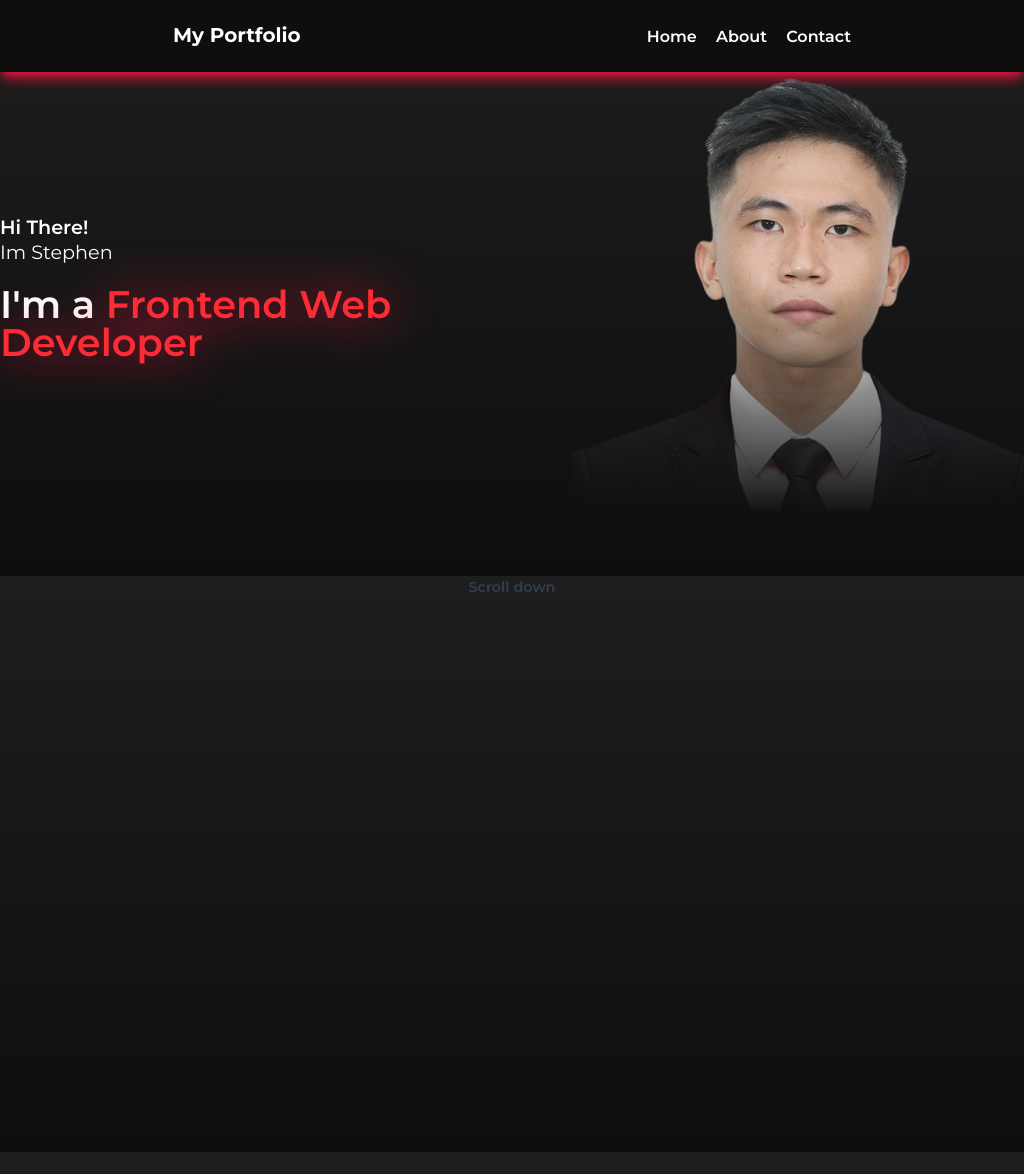
Repository: KaguyaKawaii/portfolio
Page: / (app in frontend/)
These files come from the project's save history. The page is drawn as it stood at one moment and after the next save; the edit follows.
The browser window is 1280 px wide. The pictures show the whole page, at 80% of full size.
The project was rebuilt for these pictures with package versions that can differ from the ones it lists, and the page was loaded fresh each time. Also part of the build but not shown: frontend/vite.config.js.

Above is the page before, as saved 2025-10-28 00:20:52.

### frontend/src/index.css
/* ✅ 1️⃣ Google Fonts first */
@import url('https://fonts.googleapis.com/css2?family=Montserrat:wght@400;500;600;700&display=swap');

/* ✅ 2️⃣ Then Tailwind (only once) */
@import "tailwindcss";

/* ✅ 3️⃣ Optional: your own CSS rules */
body {
  font-family: 'Montserrat', sans-serif;
}

### frontend/src/App.jsx
import { useState } from 'react'
import pic from './assets/image.png'

function App() {

  return (
    <>
      <header className='bg-[#0F0E0E] h-[90px] w-full absolute shadow-lg shadow-[#dc143c]'>
        <div className='flex justify-around items-center h-full text-white'>
          <h1 className='font-bold font-montserrat text-[25px]'>My Portfolio</h1>

          <div className='flex font-montserrat gap-6 font-semibold text-[20px]'>
            <p>Home</p>
            <p>About</p>
            <p>Contact</p>
          </div>
        </div>
      </header>

      <body className='bg-linear-180 from-[#1E1E1E] to-[#0F0E0E] h-screen text-white'>
        <div className='flex justify-around items-center h-screen'>
          <div>
            <div className='text-2xl'>
              <h1 className='font-semibold'>Hi There!</h1>
              <p>Im Stephen</p>
            </div>
            <div className='mt-6'>
              <p className='font-semibold text-5xl'>I'm a  <span className="drop-shadow-[0_0_30px_#dc143c] text-red-500">Frontend Web Developer</span></p>

            </div>
          </div>

          <div className=''>
          <img
            src={pic}
            alt="profile"
            className="w-full h-full object-cover rounded-4xl"
            style={{
              maskImage: "linear-gradient(to bottom, black 50%, transparent 100%)",
              WebkitMaskImage: "linear-gradient(to bottom, black 50%, transparent 100%)",
            }}
          />
          </div>
        </div>

        <div className='flex justify-center items-center text-gray-700 text-lg font-montserrat font-semibold animate-pulse'>
          Scroll down
        </div>

      <div className='h-screen'>


      </div>

      </body>




    </>
  )
}

export default App

Loaded but not shown: frontend/index.html (common file); frontend/src/main.jsx (common file)

After the next save:
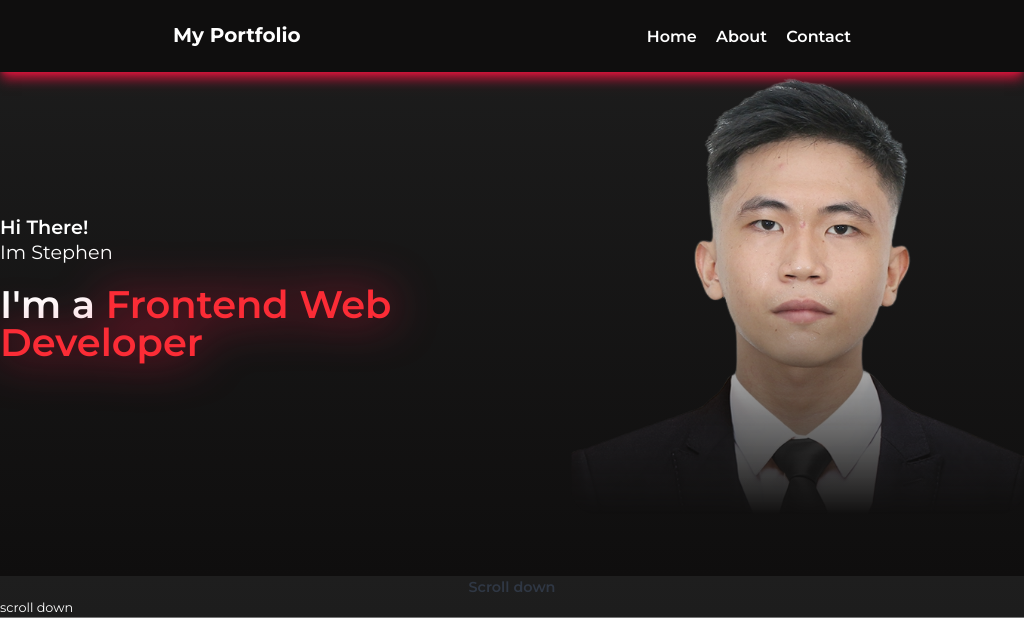
Saved 19 s later.
--- a/frontend/src/App.jsx
+++ b/frontend/src/App.jsx
@@ -47,10 +47,7 @@
           Scroll down
         </div>
 
-      <div className='h-screen'>
-
-
-      </div>
+      <footer>scroll down</footer>
 
       </body>
 
